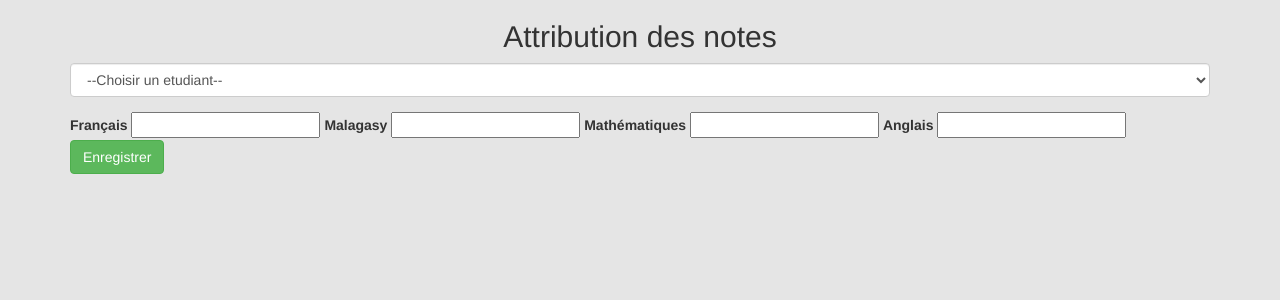
Repository: mitantsoa1/CRUD-note
Page: http://localhost/note
An editor plug-in stored every save of this project. The page is shown before and after the next save, followed by the edit.
The browser window is 1280 px wide. The pictures show the whole page.
The page is run by PHP 8.4 with error messages shown; the project is at /var/www/html/. The database holds what the project's SQL file puts in it.

Above is the page before, as saved 2021-02-12 12:49:01.
Console error: SyntaxError: Unexpected token '<'

After the next save:
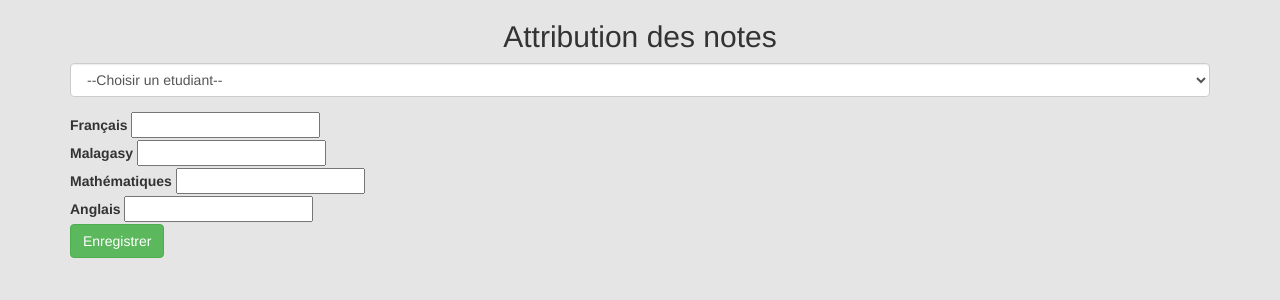
Saved 41 s later.
--- a/Views/note2.php
+++ b/Views/note2.php
@@ -34,13 +34,14 @@ Controllers::includeCSS(["all","bootstrap.min","sweetalert2.min","style","util"]
 
             ?>
             <label for="">Français</label>
-            <input type="number" id="fr" class="form-controle">
+            <input type="number" id="fr" class="form-controle"><br>
             <label for="">Malagasy</label>
-            <input type="number" id="mal" class="form-controle">
+            <input type="number" id="mal" class="form-controle"><br>
+
             <label for="">Mathématiques</label>
-            <input type="number" id="maths" class="form-controle">
+            <input type="number" id="maths" class="form-controle"><br>
             <label for="">Anglais</label>
-            <input type="number" id="ang" class="form-controle">
+            <input type="number" id="ang" class="form-controle"><br>
 
                 <a href="#" class="btn btn-success" id="b_note">Enregistrer</a>
                 <a href="#" id="b_matiere_modif" class="hide btn btn-success">Modifier</a>
